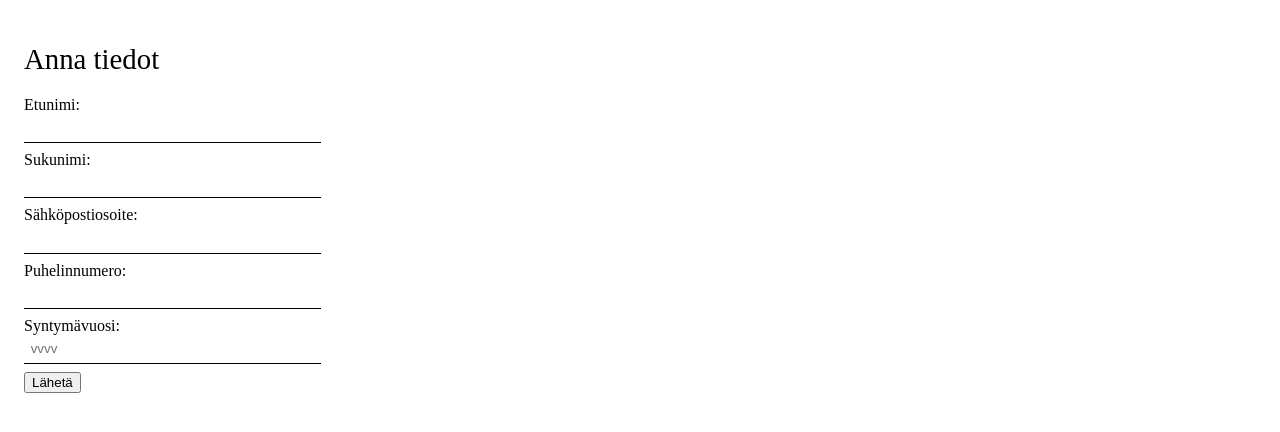
Repository: sirkian/ohj2-t4
Page: http://localhost/Tehtava3/kysy.jsp
These files come from the project's save history. The page is drawn as it stood at one moment and after the next save; the edit follows.
The browser window is 1280 px wide. The pictures show the whole page.
The page is served by Tomcat 9.

Above is the page before, as saved 2022-03-23 13:21:22.

After the next save:
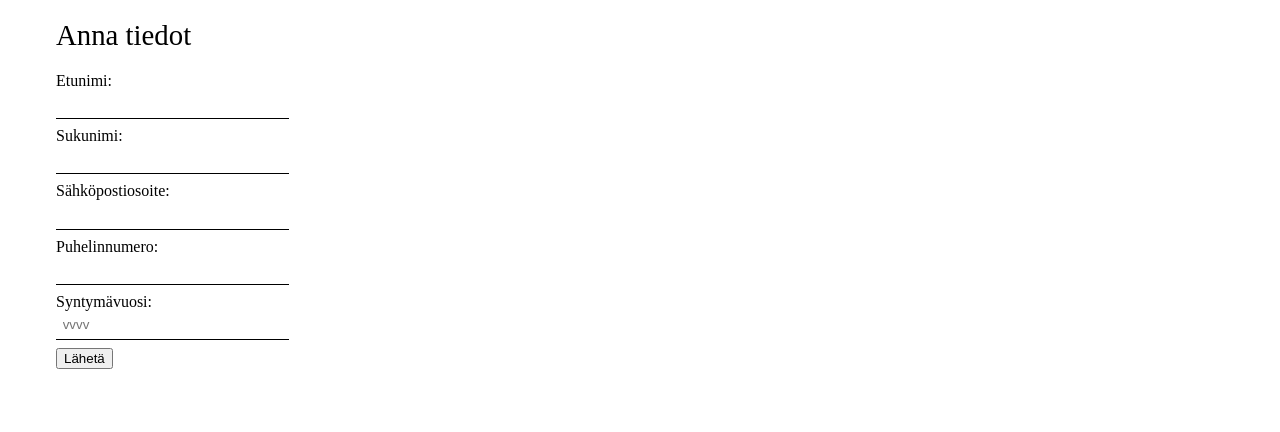
Saved 24 s later.
--- a/Tehtava3/src/main/webapp/kysy.jsp
+++ b/Tehtava3/src/main/webapp/kysy.jsp
@@ -9,7 +9,7 @@
 	.container {
 		box-sizing: border-box;
 		margin: 0;
-		padding: 1em;
+		padding: 0 3em;
 		width: 25%;
 	}
 	input[type=text],
